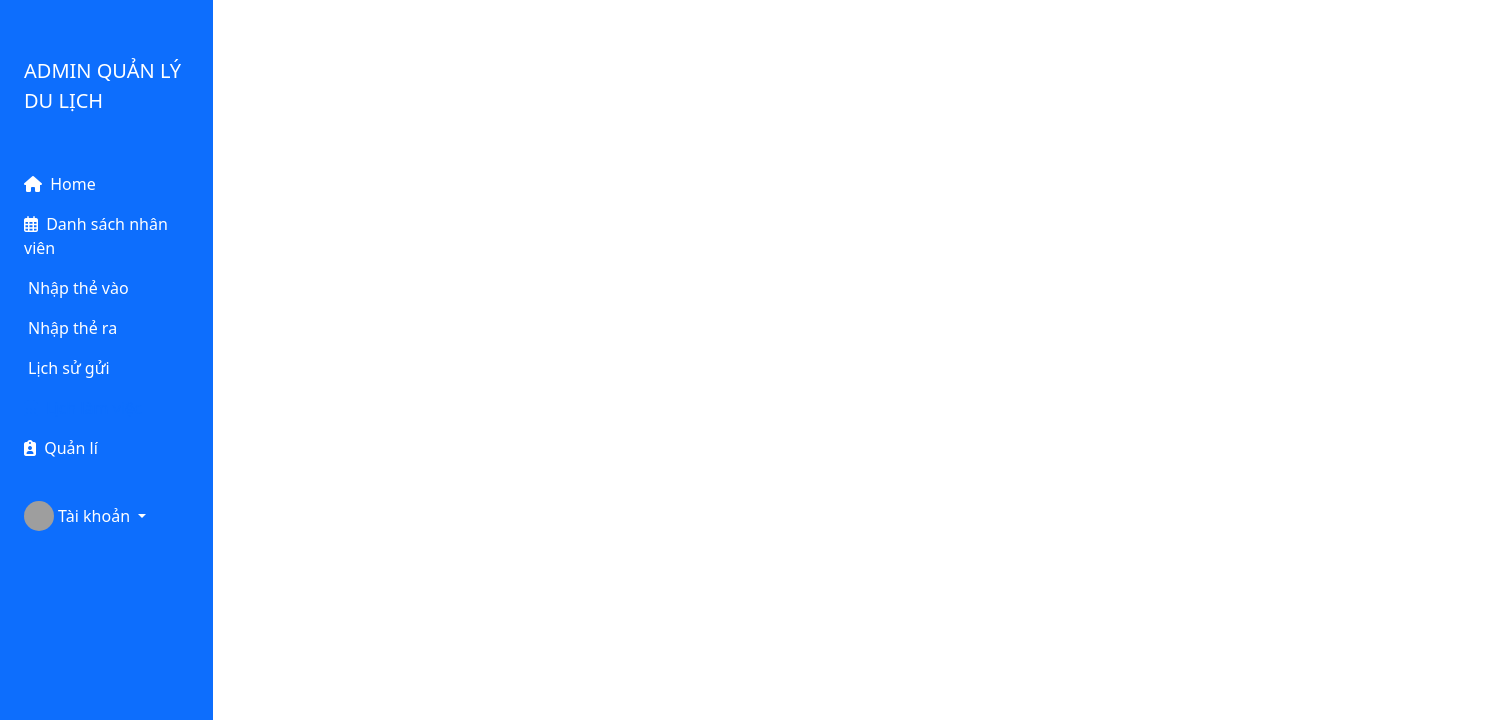
Repository: vantohuu/BOOKINGTOUR
Page: http://localhost/BOOKINGTOUR/WEB-INF/views/admin/admin.jsp
These files come from the project's save history. The page is drawn as it stood at one moment and after the next save; the edit follows.
The browser window is 1280 px wide. The page is 1493 px wide, so the pictures cover 1493 px, including what lies to the right of the window. The pictures show the whole page.
Pictures or frames that could not be fetched are drawn as grey boxes. Some web libraries are served in a nearby version. The page is served by Tomcat 9. Nobody is signed in. The template is opened directly, without the code that normally fills it, so the values that code supplies are empty.

Above is the page before, as saved 2023-05-04 13:10:37.

After the next save:
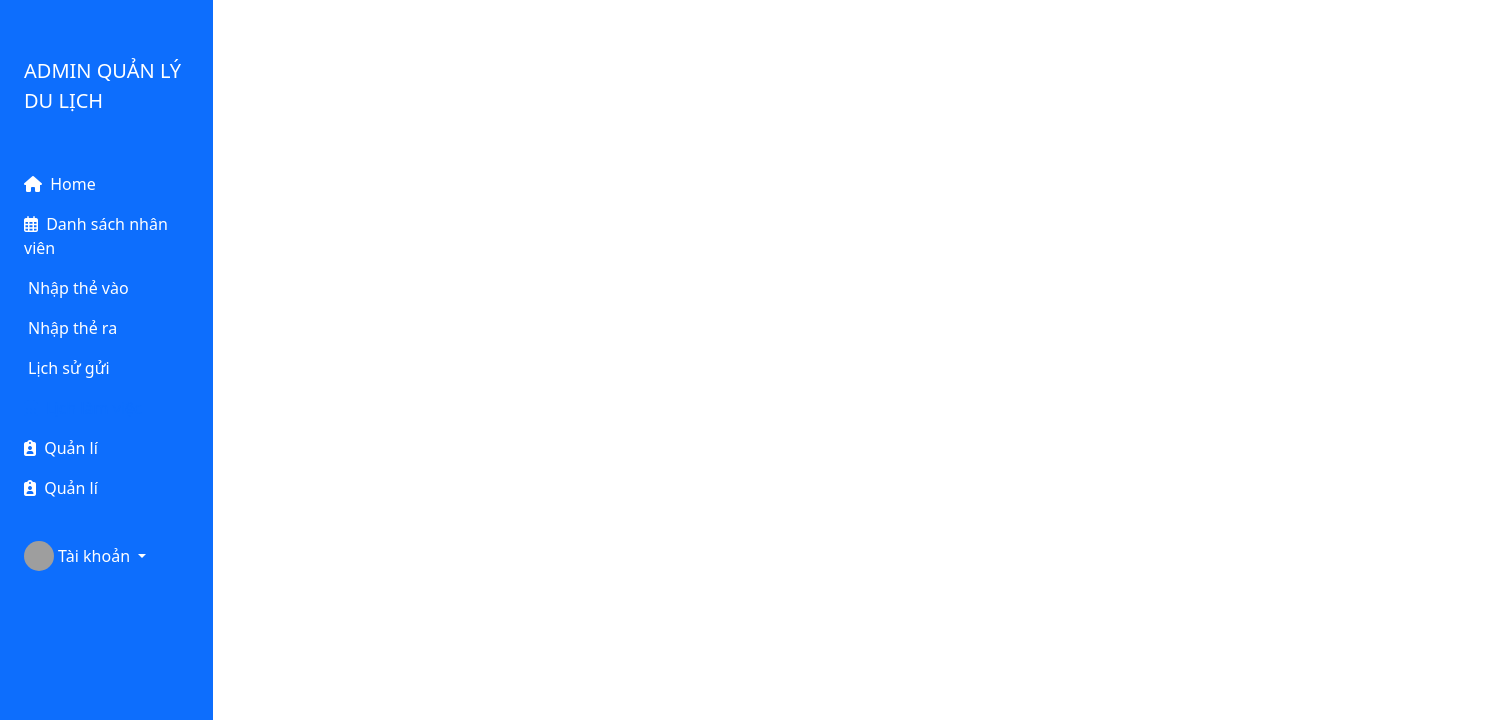
Saved 25 s later.
--- a/BOOKINGTOUR/src/main/webapp/WEB-INF/views/admin/admin.jsp
+++ b/BOOKINGTOUR/src/main/webapp/WEB-INF/views/admin/admin.jsp
@@ -61,6 +61,19 @@
                             </li>
                         </ul>
                     </li>
+                     <li>
+                        <a href="#submenu2" data-bs-toggle="collapse" class="nav-link text-white px-0 align-middle ">
+                            <i class="fa-solid fa-clipboard-user"></i>
+                            <span class="ms-1 d-none d-sm-inline">Quản lí</span></a>
+                        <ul class="collapse nav flex-column ms-1" id="submenu2" data-bs-parent="#menu">
+                            <li class="w-100">
+                                <a href="doanhthu.htm" class="nav-link text-white px-0"> <span class="d-none d-sm-inline">Doanh thu</span></a>
+                            </li>
+                            <li>
+                                <a href="nhanvien.htm" class="nav-link text-white px-0"> <span class="d-none d-sm-inline">Nhân viên</span></a>
+                            </li>
+                        </ul>
+                    </li>
 
                 <hr>
 
